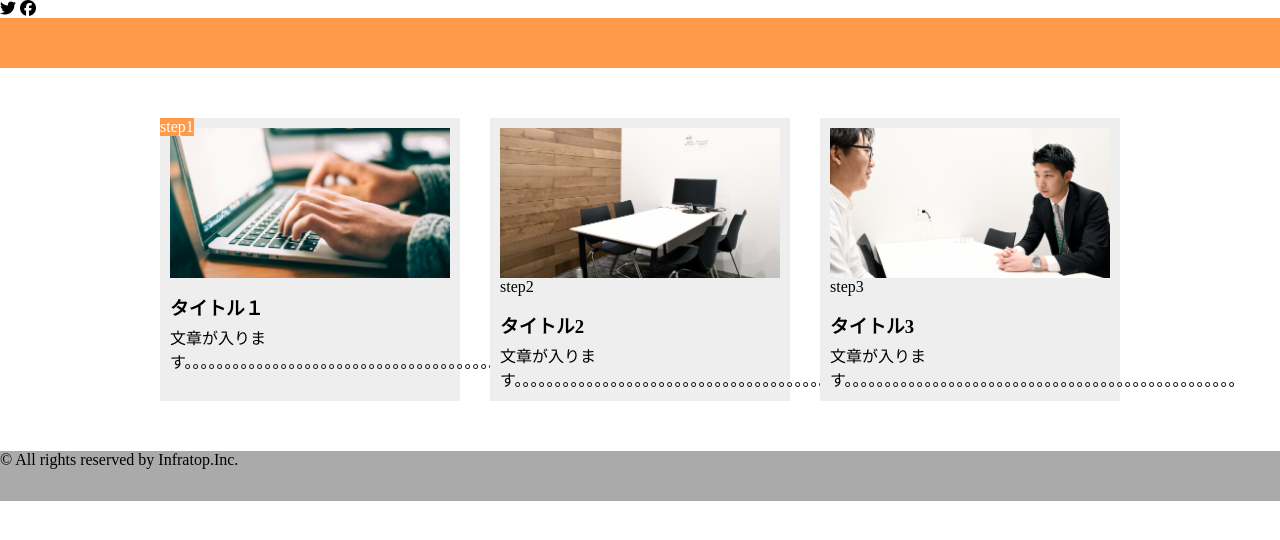
Repository: yymmyymm/review-sub1
Page: caravan2/index2.html
The author's editor kept a record of every edit. The page is drawn from the files as they stood at one moment, then again after the next edit.
The browser window is 1280 px wide. The pictures show the whole page.
Some web libraries are served in a nearby version.

Above is the page before.

After the next edit:
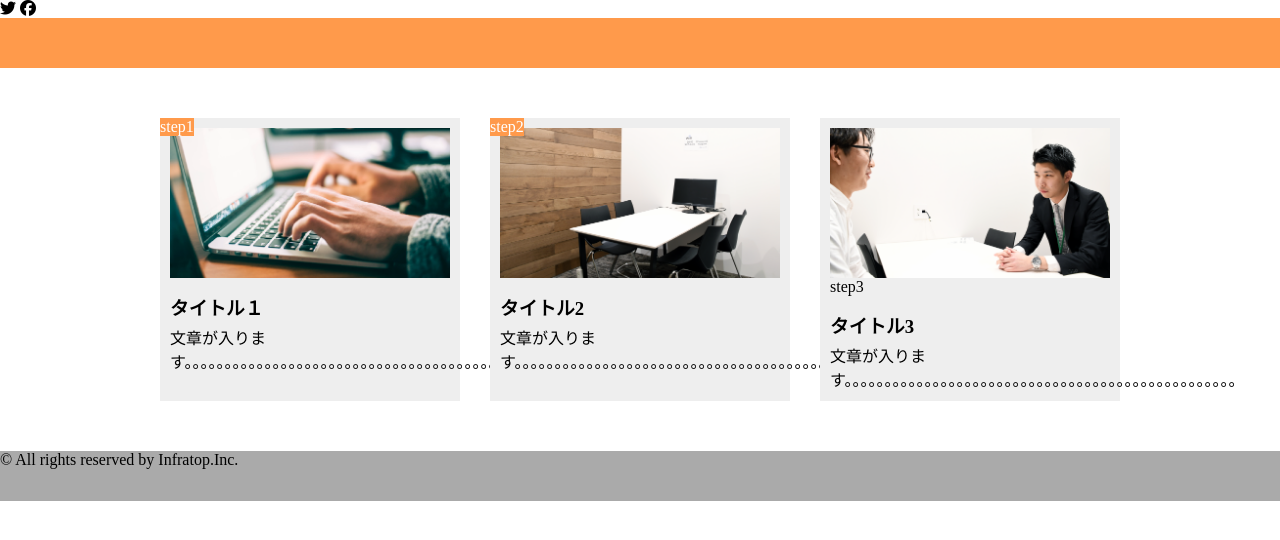
The edit:
--- a/caravan2/index2.html
+++ b/caravan2/index2.html
@@ -26,7 +26,7 @@
 
     <div class="step-box">
       <div class="step-img2"></div>
-      <span clss="step-num">step2</span>
+      <span class="step-num">step2</span>
       <h3 class="title">タイトル2</h3>
       <p class="text">
         文章が入ります。。。。。。。。。。。。。。。。。。。。。。。。。。。。。。。。。。。。。。。。。。。。。。。。。
